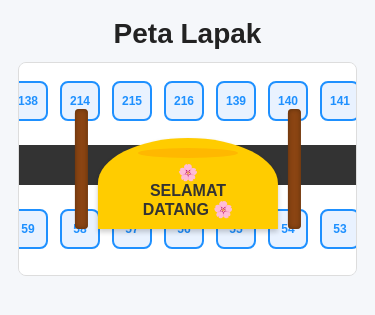
Repository: pasarrakyatbak/denah
Page: index.html
These files come from the project's save history. The page is drawn as it stood at one moment and after a run of saves; the edit follows.
The browser window is 375 px wide. The pictures show the whole page.

Above is the page before, as saved 2025-09-19 08:32:41.

After the next 3 saves:
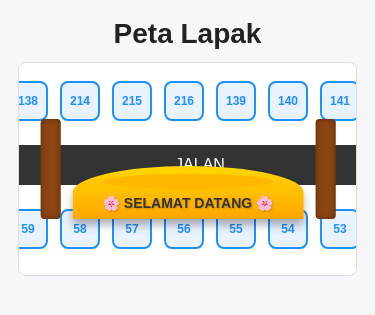
The 3 saves are shown as one change because they came seconds apart.
The last was saved 87 s later.
--- a/style.css
+++ b/style.css
@@ -127,60 +127,106 @@ h1 {
         margin: 0 4px;
     }
 
+    /* GAPURA 3D NYATA */
     .gapura {
+        position: absolute;
+        top: 50%;
+        left: 50%;
+        transform: translate(-50%, -50%);
         display: flex;
         align-items: flex-end;
         justify-content: center;
-        height: 120px;
-        z-index: 10;
-    }
-
-    /* Tiang kiri dan kanan */
+        z-index: 100;
+        height: 150px;
+        pointer-events: none;
+        /* supaya scroll tetap lancar */
+    }
+
+    /* Tiang kiri & kanan */
     .gapura .tiang {
-        width: 25px;
+        width: 30px;
         height: 100%;
         background: #8B4513;
-        /* coklat kayu */
         border-radius: 4px;
-        box-shadow: inset 0 0 5px #5a2e0b;
+        box-shadow: inset 0 0 6px #5a2e0b;
+        flex-shrink: 0;
     }
 
     .gapura .tiang.kiri {
-        margin-right: 10px;
+        margin-right: 12px;
     }
 
     .gapura .tiang.kanan {
-        margin-left: 10px;
+        margin-left: 12px;
     }
 
     /* Atap melengkung */
     .gapura .atap {
         position: relative;
-        background: #FFCC00;
+        background: linear-gradient(to bottom, #FFD700, #FFA500);
         border-radius: 50% 50% 0 0;
-        padding: 10px 40px;
+        padding: 12px 50px;
         display: flex;
         flex-direction: column;
         align-items: center;
-        box-shadow: 0 3px 5px rgba(0, 0, 0, 0.2);
-    }
-
-    /* Dekorasi atap */
+        box-shadow: 0 6px 8px rgba(0, 0, 0, 0.3);
+        flex-shrink: 0;
+    }
+
+    /* Dekorasi atap (3D layer) */
     .gapura .dekor-atas {
         width: 100%;
-        height: 10px;
+        height: 15px;
         background: #FFB800;
         border-radius: 50%;
-        margin-bottom: 5px;
-    }
-
-    /* Teks di atap */
+        margin-bottom: 6px;
+    }
+
+    /* Teks selamat datang */
     .gapura .teks {
         font-weight: bold;
-        font-size: 16px;
+        font-size: 18px;
+        color: #333;
         text-align: center;
-        color: #333;
-    }
-
-
-}
+        text-shadow: 1px 1px 2px rgba(0, 0, 0, 0.2);
+    }
+
+    /* Responsif untuk layar sempit */
+    @media (max-width: 900px) {
+        .gapura {
+            height: 120px;
+        }
+
+        .gapura .tiang {
+            width: 25px;
+        }
+
+        .gapura .atap {
+            padding: 10px 40px;
+        }
+
+        .gapura .teks {
+            font-size: 16px;
+        }
+    }
+
+    @media (max-width: 480px) {
+        .gapura {
+            height: 100px;
+        }
+
+        .gapura .tiang {
+            width: 20px;
+        }
+
+        .gapura .atap {
+            padding: 8px 30px;
+        }
+
+        .gapura .teks {
+            font-size: 14px;
+        }
+    }
+
+
+}
